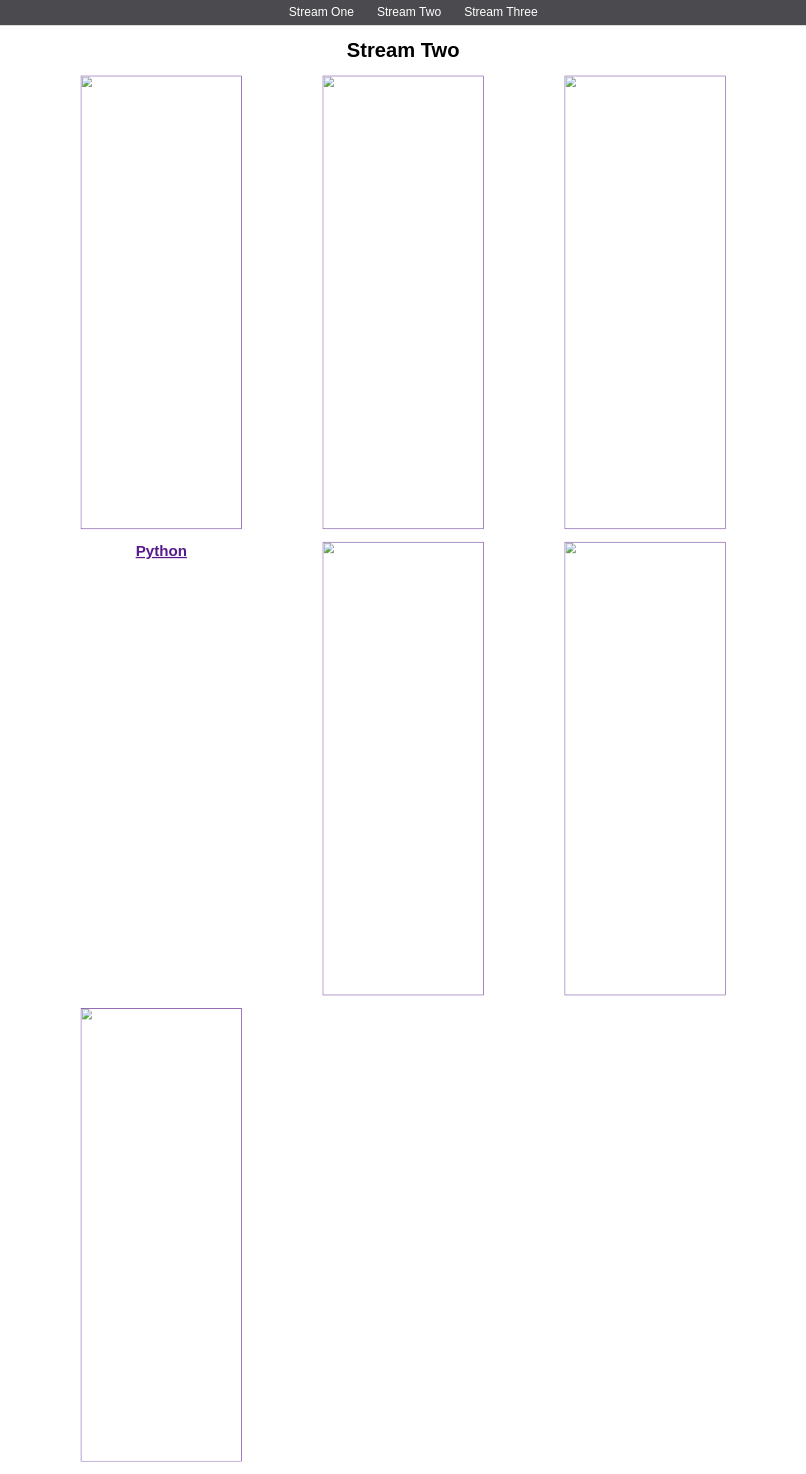
Repository: GeorgiosSklav/My-first-website
Page: stream-two.html
The author's editor kept a record of every edit. The page is drawn from the files as they stood at one moment, then again after the next edit.
The browser window is 1280 px wide. The pictures show the whole page, at 63% of full size.

Above is the page before.

### stream-two.html

<html>
   <head>
     <title>Hello World</title>
     <link rel="stylesheet" href="CSS/style.css" type="text/css" />
   </head>

   <body>
       <nav>
           <ul>
               <li><a href="stream-one.html">Stream One</a></li>
               <li><a href="stream-two.html">Stream Two</a></li>
               <li><a href="stream-three.html">Stream Three</a></li>
               </ul>
       </nav>
       <h1>Stream Two</h1>
       <div class="card">
          <a href="">
             <img src=""/>
             <h2>Python</h2>
          </a>
       </div>
       <div class="card">
          <a href="">
             <img src=""/>
             <h2></h2>
          </a>
       </div>
       <div class="card">
          <a href="">
             <img src=""/>
             <h2></h2>
          </a>
       </div>
       <div class="card">
          <a href="">
             <img src=""/>
             <h2></h2>
          </a>
       </div>
       <div class="card">
          <a href="">
             <img src=""/>
             <h2></h2>
          </a>
       </div>
       <div class="card">
          <a href="">
             <img src=""/>
             <h2></h2>
          </a>
       </div>
   </body>
</html>

### CSS/style.css
body {
    margin: 0;
    padding: 0;
    font-family: 'Oswald', sans-serif;
    text-align: center
}
nav ul {
    list-style: none;
    background-color: #4a4a4f;
    text-align: center;
    margin: 0;
    padding: 0;
}
nav li{
    font-size: 1.2em;
    line-height: 40px;
    height: 40px;
    display: inline-block;
    margin-left: 2.5%;
}
nav a{
    text-decoration: none;
    color: #ffffff;
    display: block;
}
nav a:hover {
    background-color: #ffffff;
    color: #4a4a4f;
}
.card {
    float: left;
    width: 20%;
    margin-left: 10%;
}
.card a {
    text-align: center;
}
img  {
    width: 100%;
}
h2{
    text-align: center;
}

After the next edit:
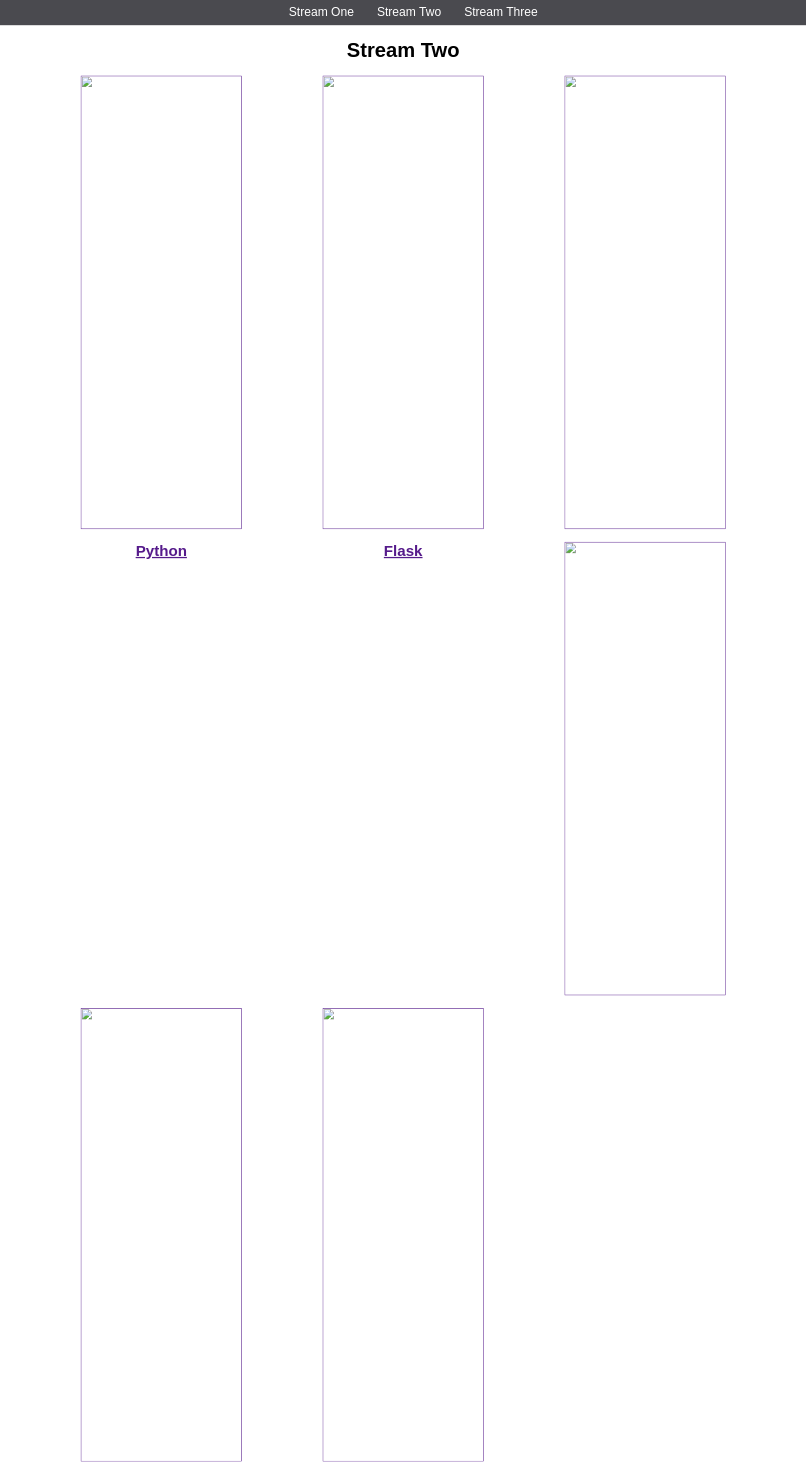
The edit:
--- a/stream-two.html
+++ b/stream-two.html
@@ -23,7 +23,7 @@
        <div class="card">
           <a href="">
              <img src=""/>
-             <h2></h2>
+             <h2>Flask</h2>
           </a>
        </div>
        <div class="card">
